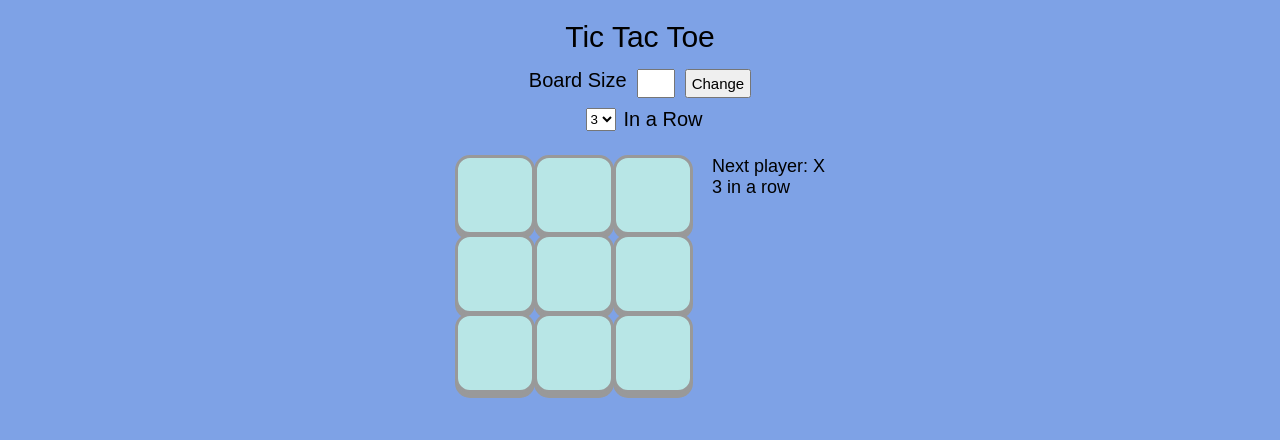
Repository: yshong211/tic-tac-toe-0708
Page: /
The author's editor kept a copy of each file at every save. The page is drawn from the files as they stood at one save, then again after the next save.
The browser window is 1280 px wide. The pictures show the whole page.
The project was rebuilt for these pictures with package versions that can differ from the ones it lists, and the page was loaded fresh each time.

Above is the page before, as saved 2020-07-09 10:39:19.

### src/index.jsx
import React from 'react';
import ReactDOM from 'react-dom';
import './index.css';
import GetDim from './components/getDim/getDim';

// ========================================

// renders the game component to element

ReactDOM.render(<GetDim />, document.getElementById('root'));

### src/index.css
body {
  font: 18px 'Century Gothic', Futura, sans-serif; /* size, font */
  margin: 20px; /* space outside of border */
  background-color: rgb(126, 162, 230);
}

form {
  margin-bottom: 20px;
}

ol,
ul {
  padding-left: 30px; /* space b/t left border to content */
}

.board-row:after {
  clear: both;
  content: '';
  display: table;
}

.status {
  margin-bottom: 10px;
}


.square:focus {
  outline: none;
}

.kbd-navigation .square:focus {
  background: #ddd;
}

### src/components/getDim/getDim.jsx
import React from 'react';
import Game from '../game/game';
import './getDim.css';

export default class GetDim extends React.Component {
  constructor(props) {
    super(props);
    this.state = { rows: 3, winning: 3, board: [] };
    this.handleInputChange = this.handleInputChange.bind(this);
    this.handleClick = this.handleClick.bind(this);
  }

  handleInputChange(event) {
    const value = event.target.value;
    const name = event.target.name;
    this.setState({
      [name]: value,
    });
  }

  handleClick(e) {
    e.preventDefault();
    if (window.confirm('It will refresh the game! Continue?')) {
      if (this.refs.rows.value < 3 || this.refs.rows.value > 10) {
        alert('3-10 only');
      } else {
        this.setState({
          rows: this.refs.rows.value,
          board: [],
        });
      }
    }
  }

  how_many(rows) {
    let how = [];
    for (let i = 3; i <= rows; i++) {
      how.push(<option value={i}>{i}</option>);
    }
    return how;
  }

  render() {
    return (
      <div className="submission">
        <div className="game_name">Tic Tac Toe</div>
        <form>
          <label className="size">
            Board Size
            <br />
            <input ref="rows" type="number" />
            <button
              className="submit"
              onClick={(e) => {
                this.handleClick(e);
              }}
            >
              Change
            </button>
          </label>
        </form>

        <label className="win">
          <select
            className="win_select"
            name="winning"
            value={this.state.winning}
            onChange={this.handleInputChange}
          >
            {this.how_many(this.state.rows)}
          </select>
          In a Row
          <br />
        </label>

        <Game
          rows={parseInt(this.state.winning)}
          board_rows={parseInt(this.state.rows)}
          board={this.state.board}
        />
      </div>
    );
  }
}

### src/components/game/game.jsx
import React from 'react';
import Board from '../board/board';
import './game.css';

export default class Game extends React.Component {
  constructor(props) {
    super(props);
    this.state = {
      history: [], // track the last index
      stepNumber: 0, // count var
      xIsNext: true,
    };
  }

  hor(squares, row_length, count, x, o) {
    let index = 0;
    for (let i = 0; i < this.props.board_rows; i++) {
      for (let j = 0; j < this.props.board_rows; j++) {
        if (squares[index] === 'X') {
          x++;
          o = 0;
          count++;
        } else if (squares[index] === 'O') {
          o++;
          x = 0;
          count++;
        } else {
          count = 0;
        }
        index++;
        if (o >= row_length && count >= row_length) {
          return 'O';
        }
        if (x >= row_length && count >= row_length) {
          return 'X';
        }
      }
      x = 0;
      o = 0;
    }
  }

  vert(squares, row_length, count, x, o) {
    for (let i = 0; i < this.props.board_rows; i++) {
      for (
        let j = i;
        j < this.props.board_rows ** 2;
        j += this.props.board_rows
      ) {
        if (squares[j] === 'X') {
          x++;
          o = 0;
          count++;
        } else if (squares[j] === 'O') {
          o++;
          x = 0;
          count++;
        } else {
          count = 0;
        }
        if (o >= row_length && count >= row_length) {
          return 'O';
        }
        if (x >= row_length && count >= row_length) {
          return 'X';
        }
      }
      x = 0;
      o = 0;
    }
  }

  cross(squares, row_length, count, x, o) {
    //let track = 1;
    //let rows = this.props.board_rows;
    for (let i = row_length - 1; i < row_length ** 2 - 1; i += row_length - 1) {
      if (squares[i] === 'X') {
        x++;
      }
      if (squares[i] === 'O') {
        o++;
      }
      count++;
    }
    if (o === row_length) {
      return 'O';
    }
    if (x === row_length) {
      return 'X';
    }
    o = 0;
    x = 0;

    for (let j = row_length - 1; j < row_length ** 2 - 1; j += row_length - 1) {
      if (squares[j] === 'X') {
        x++;
      }
      if (squares[j] === 'O') {
        o++;
      }
      count++;
    }
    if (o === row_length) {
      return 'O';
    }
    if (x === row_length) {
      return 'X';
    }
    o = 0;
    x = 0;
  }

  calculateWinner(squares, rows) {
    const count = 0;
    const x = 0;
    const o = 0;
    if (
      this.hor(squares, rows, count, x, o) === 'O' ||
      this.hor(squares, rows, count, x, o) === 'X'
    ) {
      return this.hor(squares, rows, count, x, o);
    } else if (
      this.vert(squares, rows, count, x, o) === 'O' ||
      this.vert(squares, rows, count, x, o) === 'X'
    ) {
      return this.vert(squares, rows, count, x, o);
    } else if (
      this.cross(squares, rows, count, x, o) === 'O' ||
      this.cross(squares, rows, count, x, o) === 'X'
    ) {
      return this.cross(squares, rows, count, x, o);
    }

    return null;
  }

  handleClick(i) {
    const hist = this.state.history;
    const squares = this.props.board;
    const rows = this.props.rows;
    if (this.calculateWinner(squares, rows) || squares[i]) {
      // ends the game
      return;
    }
    squares[i] = this.state.xIsNext ? 'X' : 'O';
    hist.push(i);
    this.setState({
      board: squares,
      history: hist,
      stepNumber: this.state.history.length,
      xIsNext: !this.state.xIsNext, // changes turn
    });
  }

  jumpTo(history, board, step) {
    for (let i = history.length - 1; i >= step; i--) {
      board[history.pop()] = null;
    }
    this.setState({
      stepNumber: step,
      xIsNext: step % 2 === 0,
    });
  }

  render() {
    const board = this.props.board;
    const history = this.state.history;
    const rows = this.props.rows;
    const winner = this.calculateWinner(board, rows);
    const moves = history.map((step, move) => {
      const desc = move ? 'Go to move #' + move : 'Refresh';

      return (
        <li key={move}>
          <button onClick={() => this.jumpTo(history, board, move)}>
            {desc}
          </button>
        </li>
      );
    });

    let status;
    winner
      ? (status = 'Winner: ' + winner)
      : (status = 'Next player: ' + (this.state.xIsNext ? 'X' : 'O'));

    return (
      <div className="game">
        <div className="game-board">
          <Board
            rows={this.props.board_rows}
            squares={board}
            onClick={(i) => this.handleClick(i)}
          />
        </div>
        <div className="game-info">
          <div>{status}</div>
          <div>{rows} in a row</div>
          <ol>{moves}</ol>
        </div>
      </div>
    );
  }
}

### src/components/getDim/getDim.css
input {
  margin-left: 10px;
  width: 30px;
  height: 23px;
}
select {
  margin-left: 8px;
}
form {
  margin-bottom: 10px;
}
.game_name {
  font-size:30px;
  text-align: center;
  margin-bottom:15px;
}
.submit {
  margin-left: 10px;
  padding: 3px 5px;
  font-size: 15px;

}
.size {
  display: flex;
  font-size: 20px;
  justify-content: center;
}
.win {
  display: flex;
  font-size: 20px;
  justify-content: center;
  align-content: flex-start;
  padding: 0px;
  /*margin-top: 5px;*/
}
.win_select {
  margin-right: 8px;
}

### src/components/board/board.jsx
import React from 'react';
import Square from '../square/square';

export default class Board extends React.Component {
  renderSquare(i) {
    return (
      <Square
        value={this.props.squares[i]}
        onClick={() => this.props.onClick(i)}
      />
    );
  }
  create_rq(start, end) {
    let rows = [];
    for (let i = start; i < end; i++) {
      rows.push(this.renderSquare(i));
    }
    return rows;
  }
  create_row(start) {
    let board_r = [];
    for (let i = 0; i < start; i++) {
      let new_r = i * start;
      let new_end = parseInt(new_r) + parseInt(start);
      board_r.push(
        <div className="board-row">{this.create_rq(new_r, new_end)}</div>
      );
    }
    return board_r;
  }
  render() {
    return <div>{this.create_row(this.props.rows)}</div>;
  }
}

### src/components/game/game.css
.game {
    margin-top: 25px;
    display: flex;
    flex-direction: row;
    justify-content: center;
  }

  .game-info {
    margin-left: 20px;
  }

### src/components/square/square.jsx
import React from 'react';
import './square.css'

export default function Square(props) {
  return (
    <button className="square" onClick={props.onClick}>
      {props.value}
    </button>
  );
}

### src/components/square/square.css
.square {
  display: inline-block;
  background: rgb(184, 230, 230);
  border: 3px solid #999;
  float: left;
  font-size: 60px;
  cursor: pointer;
  font-weight: bold;
  line-height: 80px;
  height: 80px;
  margin-right: -1px;
  margin-top: -1px;

  text-align: center;
  width: 80px;
  border-radius: 15px;
  box-shadow: 0 5px #999;
}

.square:hover {
  background-color: #c0c0e0;
}
.square:active {
  background-color: #525252;
  box-shadow: 0 5px #666;
  transform: translateY(4px);
}

Loaded but not shown: public/index.html (common file)

After the next save:
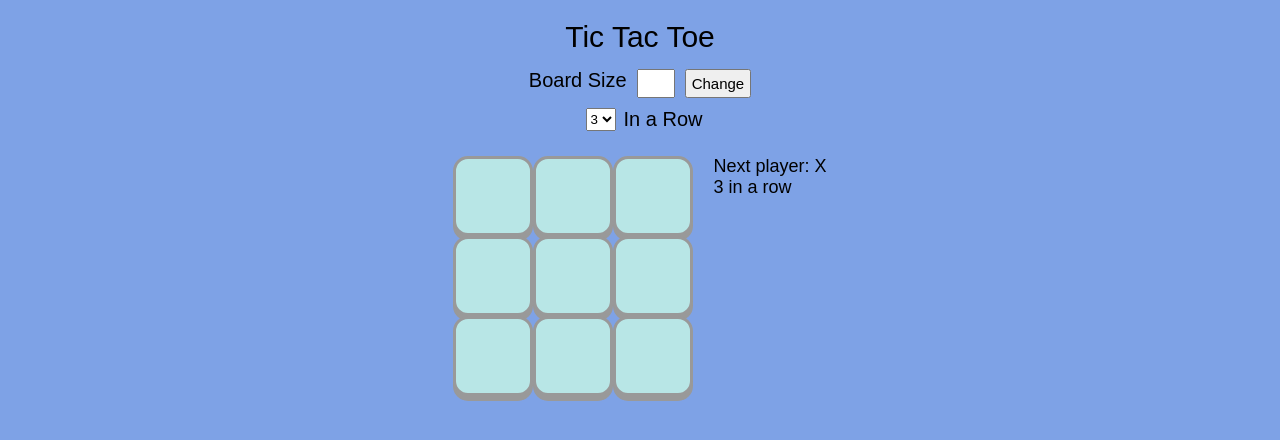
Saved 5 s later.
--- a/src/components/square/square.css
+++ b/src/components/square/square.css
@@ -8,8 +8,7 @@
   font-weight: bold;
   line-height: 80px;
   height: 80px;
-  margin-right: -1px;
-  margin-top: -1px;
+
 
   text-align: center;
   width: 80px;
